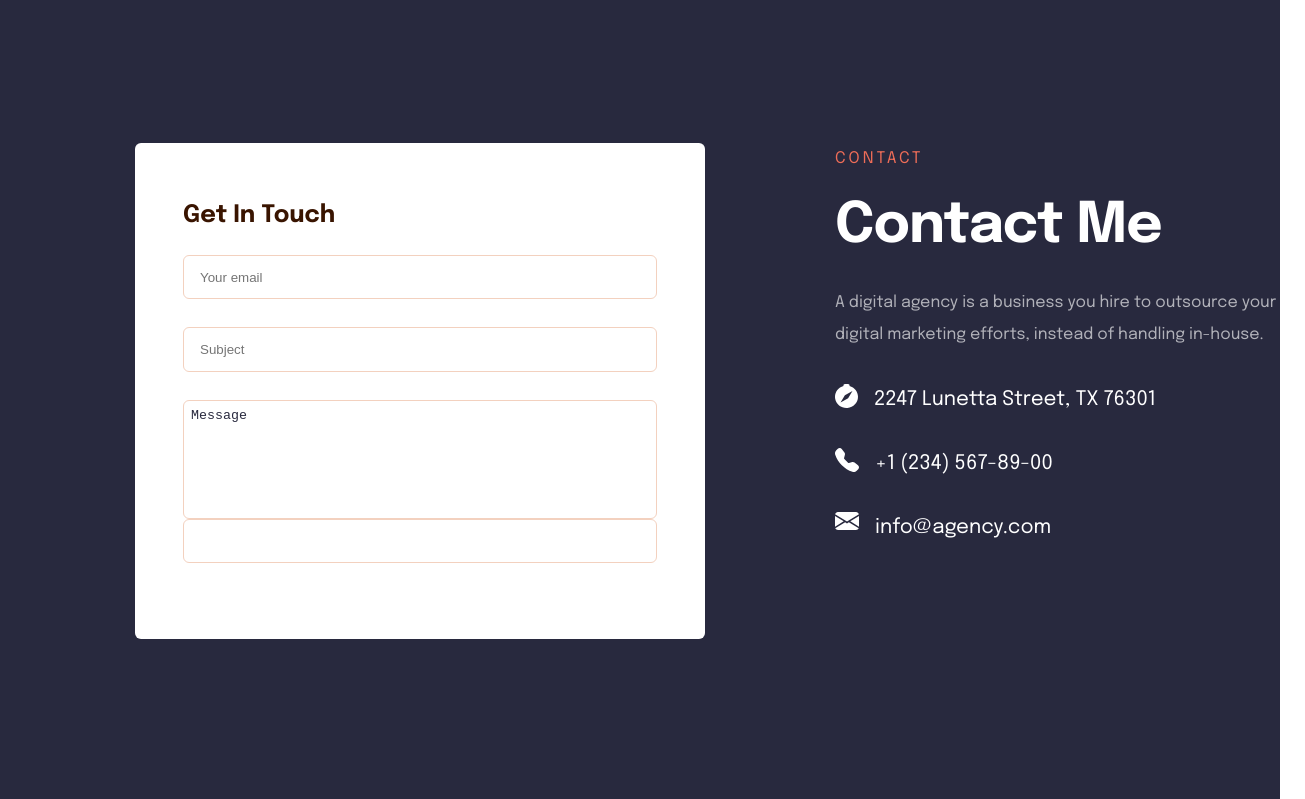
Repository: FaridRustamov09/task20
Page: index.html
These files come from the project's save history. The page is drawn as it stood at one moment and after a run of saves; the edit follows.
The browser window is 1280 px wide. The page is 1305 px wide, so the pictures cover 1305 px, including what lies to the right of the window. The pictures show the whole page.
The first visible `input` has the focus.

Above is the page before, as saved 2024-01-13 14:38:46.

### index.html
<!DOCTYPE html>
<html lang="en">
  <head>
    <meta charset="UTF-8" />
    <meta name="viewport" content="width=device-width, initial-scale=1.0" />
    <title>Document</title>
    <link rel="stylesheet" href="index.css" />
  </head>
  <body>
    <div class="container">
      <div class="login">
        <b>Get In Touch</b>
        <input type="email" placeholder="Your email" />
        <!-- <label for="Subject">
      <select name="Subject" id="">
        <option value="Baku">Baku</option>
        <option value="Istanbul">Istanbul</option>
      </select>
      </label> -->
        <input type="text" placeholder="Subject" />
        <textarea name="" id=""  placeholder="Message" ></textarea>
        <input class="button" type="button" placeholder="Submit Now" />
      </div>
      <div class="left-box">
        <h2>Contact</h2>
        <h1>Contact Me</h1>
        <p>
          A digital agency is a business you hire to outsource your digital
          marketing efforts, instead of handling in-house.
        </p>
        <ul>
          <li>
            <svg
              xmlns="http://www.w3.org/2000/svg"
              width="23"
              height="24"
              viewBox="0 0 23 24"
              fill="none"
            >
              <path
                fill-rule="evenodd"
                clip-rule="evenodd"
                d="M12.5128 23.9559C18.4476 23.4434 22.9991 18.5852 23 12.7619C22.9992 7.68681 19.5202 3.24133 14.5089 1.91219C14.6419 1.45966 14.5495 0.972375 14.2595 0.596433C13.9696 0.220491 13.5157 -0.000396111 13.034 0H9.9675C9.4858 -0.000396111 9.03192 0.220491 8.74193 0.596433C8.45195 0.972375 8.35958 1.45966 8.49253 1.91219C2.74205 3.43556 -0.865618 8.99957 0.179927 14.7325C1.22547 20.4654 6.57793 24.4683 12.5128 23.9559ZM17.4618 6.91176L17.465 6.90994L17.462 6.91144L17.4618 6.91176ZM17.4618 6.91176L9.87551 11.1479L5.53646 18.5674L13.126 14.3294L17.4618 6.91176Z"
                fill="white"
              />
            </svg>
            <h3>2247 Lunetta Street, TX 76301</h3>
          </li>
          <li>
            <svg
              xmlns="http://www.w3.org/2000/svg"
              width="24"
              height="24"
              viewBox="0 0 24 24"
              fill="none"
            >
              <path
                fill-rule="evenodd"
                clip-rule="evenodd"
                d="M2.82812 0.765296C3.35902 0.235151 4.09188 -0.0416708 4.84066 0.0050961C5.58945 0.051863 6.28217 0.417722 6.743 1.00981L9.43541 4.46897C9.92889 5.10349 10.1029 5.93003 9.9079 6.71007L9.08742 9.99522C9.00114 10.3413 9.10245 10.7073 9.35441 10.9598L13.0398 14.6454C13.2925 14.8979 13.6592 14.9993 14.0058 14.9124L17.2892 14.0919C18.0691 13.8969 18.8953 14.0711 19.5301 14.5644L22.989 17.2555C24.2324 18.2231 24.3464 20.0607 23.2335 21.1722L21.6825 22.7233C20.5726 23.8333 18.9136 24.3209 17.3672 23.7763C13.4091 22.3836 9.81531 20.1174 6.85249 17.146C3.88152 14.1834 1.61557 10.5899 0.222699 6.63206C-0.320284 5.08699 0.167201 3.42642 1.27717 2.31637L2.82812 0.765296Z"
                fill="white"
              />
            </svg>
            <h3>+1 (234) 567-89-00</h3>
          </li>
          <li>
            <svg
              xmlns="http://www.w3.org/2000/svg"
              width="24"
              height="18"
              viewBox="0 0 24 18"
              fill="none"
            >
              <path
                fill-rule="evenodd"
                clip-rule="evenodd"
                d="M3 0C1.60024 -9.42171e-05 0.386447 0.967828 0.075 2.3325L12 9.621L23.925 2.3325C23.6136 0.967828 22.3998 -9.42171e-05 21 0H3ZM0 14.7015V4.0455L8.7045 9.3645L0 14.7015ZM10.1415 10.245L0.2865 16.2855C0.78351 17.3335 1.84012 18.0011 3 18H21C22.1597 18.0003 23.2157 17.3321 23.712 16.284L13.857 10.2435L12 11.379L10.1415 10.2435V10.245ZM24 14.7015L15.2955 9.366V9.3645L24 4.0455V14.7015Z"
                fill="white"
              />
            </svg>
            <h3>info@agency.com</h3>
          </li>
        </ul>
      </div>
    </div>
  </body>
</html>

### index.css
@import url('https://fonts.googleapis.com/css2?family=Epilogue:ital,wght@0,400;0,700;1,800&family=Inter:wght@400;500;600;700&family=Roboto+Slab:wght@400;700&display=swap');
* {
  margin: 0;
  padding: 0;
  box-sizing: border-box;
}
.container {
  padding: 143px 135px 160px 135px;
  background-color: #28293e;
  min-height: 100vh;
  display: flex;
}
.login {
  width: 570px;
  height: 496px;
  border-radius: 6px;
  background: #fff;
  display: flex;
  flex-direction: column;
  padding: 57px 48px 48px 48px;
}
.login b {
  color: var(--Text_Dark, #391400);
  font-feature-settings: "clig" off, "liga" off;
  font-family: Epilogue;
  font-size: 24px;
  font-style: normal;
  font-weight: 700;
  line-height: 32px;
  margin-bottom: 23px;
}
.login input {
  width: 474px;
  height: 48px;
  border-radius: 6px;
  border: 1px solid #f3d1bf;
  background: #fff;
  margin-bottom: 28px;
  padding-left: 16px;
  outline:none;
}
input:focus{
  border: #;
}
textarea {
  width: 474px;
  height: 128px;
  border-radius: 6px;
  border: 1px solid #f3d1bf;
  background: #fff;
  resize: none;
  padding: 7px;
}
textarea::placeholder{
color: #28293e;
}
.button {
  width: 154px;
  height: 48px;
  border-radius: 6px;
  background: #ef6d58;
}
.left-box {
  margin-left: 130px;
}
.left-box h2 {
  color: var(--Text_Light_Accent, #ef6d58);
  font-feature-settings: "clig" off, "liga" off;
  font-family: Epilogue;
  font-size: 16px;
  font-style: normal;
  font-weight: 400;
  line-height: 32px;
  letter-spacing: 3px;
  text-transform: uppercase;
  margin-bottom: 20px;
}
.left-box h1 {
  color: var(--Text_Light, #fff);
  font-feature-settings: "clig" off, "liga" off;
  font-family: Epilogue;
  font-size: 56px;
  font-style: normal;
  font-weight: 800;
  line-height: 64px;
  letter-spacing: -1px;
  margin-bottom: 28px;
}
.left-box p {
  width: 470px;
  color: var(--Text_Light_Gray, rgba(255, 255, 255, 0.64));
  font-feature-settings: "clig" off, "liga" off;
  font-family: Epilogue;
  font-size: 16px;
  font-style: normal;
  font-weight: 400;
  line-height: 32px;
  margin-bottom: 33px;
}
ul{
display: flex;
flex-direction: column;
}
li{
list-style-type: none;
display: flex;
}
.left-box ul li h3{
    color: var(--Text_Light, #FFF);
    font-feature-settings: 'clig' off, 'liga' off;
    font-family: Epilogue;
    font-size: 20px;
    font-style: normal;
    font-weight: 400;
    line-height: 32px;
    margin-left: 16px;
    margin-bottom: 32px;
}

After the next 2 saves:
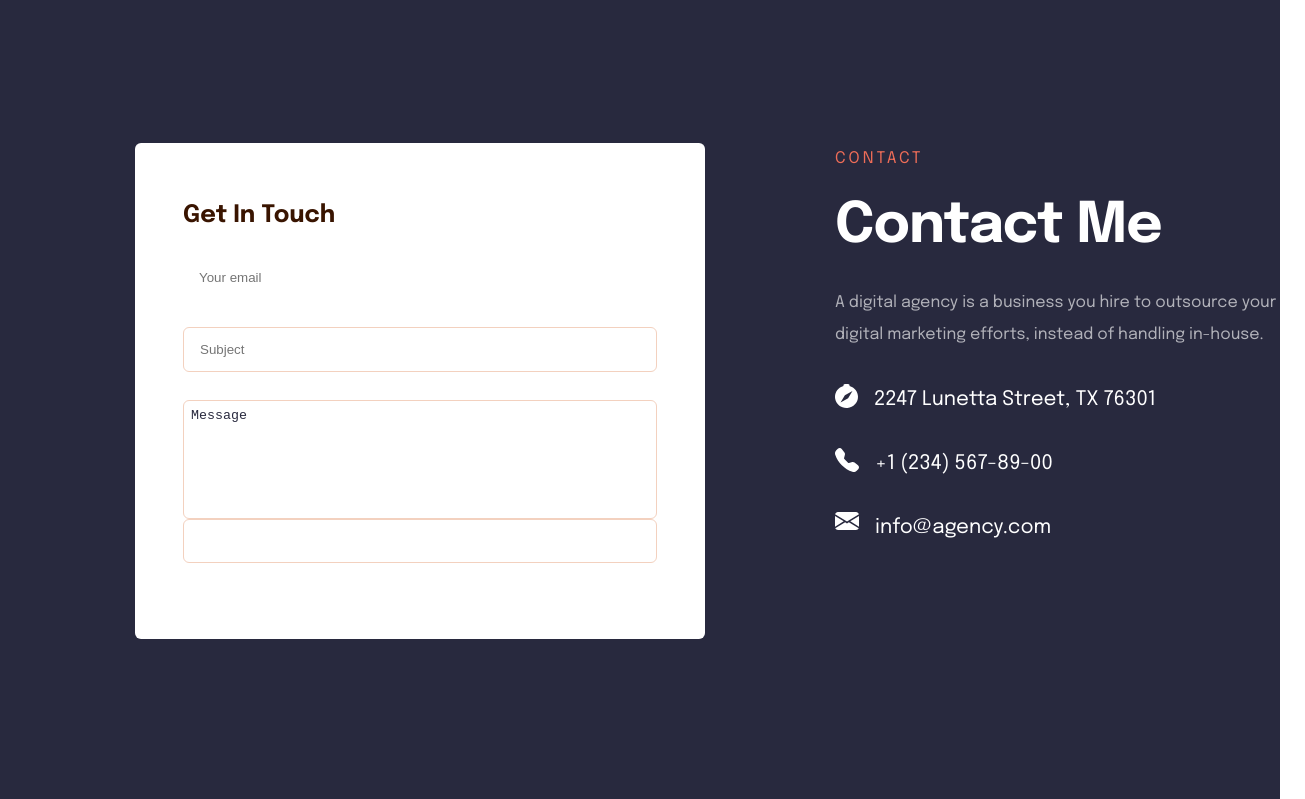
The 2 saves are shown as one change because they came seconds apart.
The last was saved 7 s later.
--- a/index.css
+++ b/index.css
@@ -40,7 +40,7 @@
   outline:none;
 }
 input:focus{
-  border: #;
+  border: blue;
 }
 textarea {
   width: 474px;

After the 3 saves that followed:
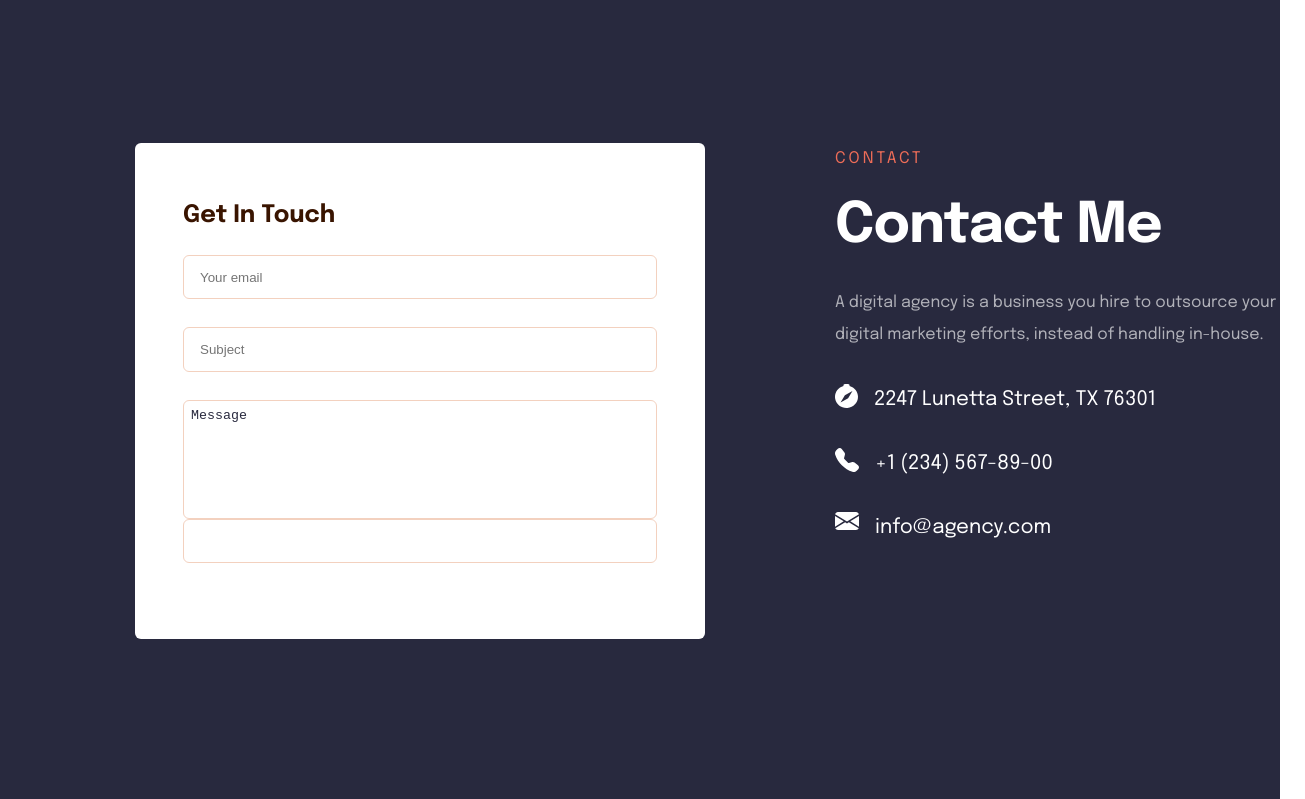
The 3 saves are shown as one change because 1 left the picture as it was and some came seconds apart.
The last was saved 33 s later.
--- a/index.css
+++ b/index.css
@@ -39,9 +39,7 @@
   padding-left: 16px;
   outline:none;
 }
-input:focus{
-  border: blue;
-}
+
 textarea {
   width: 474px;
   height: 128px;
